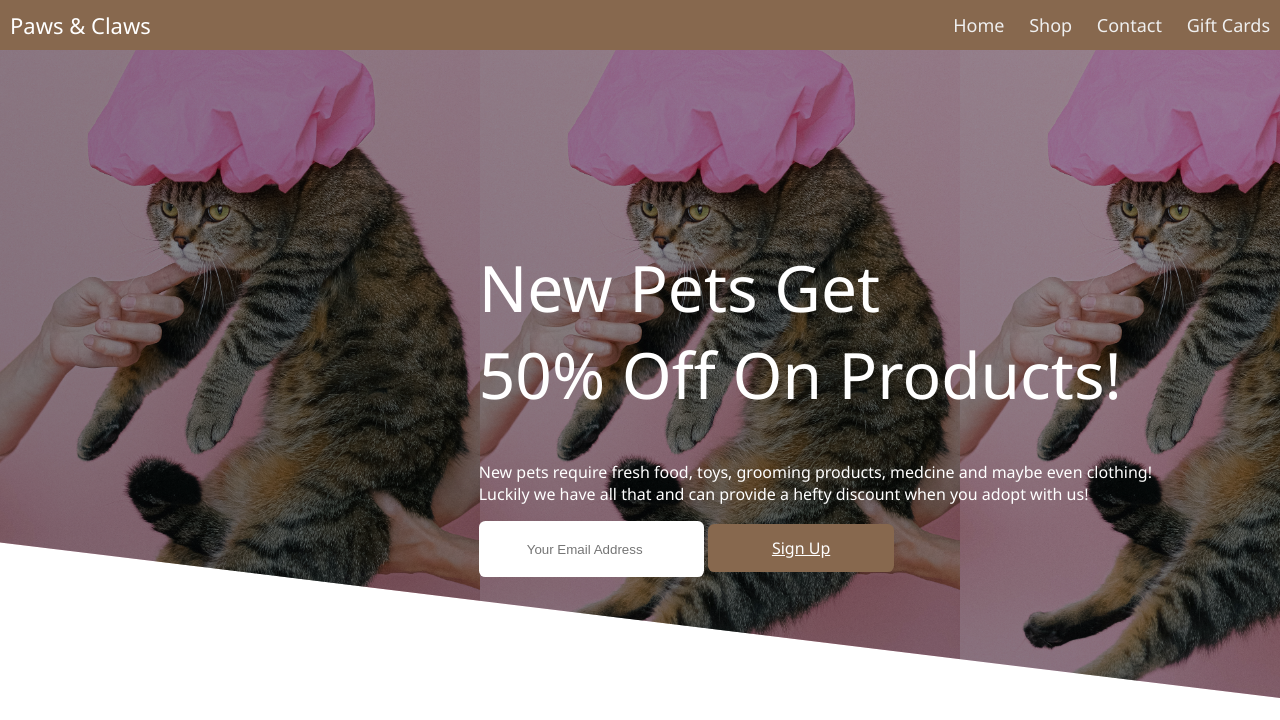
Repository: LtGriff/petProject
Page: dist/about.html
The author's editor kept a copy of each file at every save. The page is drawn from the files as they stood at one save, then again after a run of saves.
The browser window is 1280 px wide. The pictures show the whole page.

Above is the page before, as saved 2022-05-19 07:43:45.

### dist/about.html
<!DOCTYPE html>
<html lang="en">
<head>
    <meta charset="UTF-8">
    <meta http-equiv="X-UA-Compatible" content="IE=edge">
    <meta name="viewport" content="width=device-width, initial-scale=1.0">
    <link rel="stylesheet" type="text/css" href="../CSS/about.css">
    <title>About the Animal House</title>
</head>
<body>
<!-------------NAV***************BAR----------------------->

    <div class="nav">
        <input type="checkbox" id="nav-check">
        <div class="nav-header">
          <div class="nav-title">
            Paws & Claws
          </div>
        </div>
        <div class="nav-btn">
          <label for="nav-check">
            <span></span>
            <span></span>
            <span></span>
          </label>
        </div>

        <div class="nav-links">
          <a href="index.html" target="">Home</a>
          <a href="shop.html" target="_blank">Shop</a>
          <a href="contact.html" target="_blank">Contact</a>
          <a href="giftcard.html" target="_blank">Gift Cards</a>
        </div>
      </div>

    <!-------------NAV*******BAR********END----------------------->


 <!------------------HEADER*******SECTION---------------------->


 <div class="dogfield"></div>

 <header id="header-section">
  <div class="header-text container">
      <h1>New Pets Get <br> 50%  Off On Products!</h1>
      <p>
         New pets require fresh food, toys, grooming products, medcine and maybe even clothing!<br> Luckily we have all that and can provide a hefty discount when you adopt with us!
      </p>
      <input id="userInput" type="email" placeholder="Your Email Address" required>
      <a class="cta" href="#">Sign Up</a>
      <p id="error">Please provide a valid email address</p>
  </div>
</header>










</body>
</html>

### dist/CSS/about.css
/** NAV BAR **/

* {
    box-sizing: border-box;
  }

  body {
    margin: 0px;
    font-family: 'segoe ui';
  }

  .nav {
    height: 50px;
    width: 100%;
    background-color: #87684e;

  /**
    opacity: .5;
    filter: alpha(opacity=50);
    position: relative;**/
    /* z-index: ; */


    box-shadow:
    0 2.8px 2.2px rgba(0, 0, 0, 0.034),
    0 6.7px 5.3px rgba(0, 0, 0, 0.048),
    0 12.5px 10px rgba(0, 0, 0, 0.06),
    0 22.3px 17.9px rgba(11, 4, 4, 0.072),
    0 41.8px 33.4px rgba(0, 0, 0, 0.086),
    0 100px 80px rgba(0, 0, 0, 0.12);
  }

  .nav > .nav-header {
    display: inline;
  }

  .nav > .nav-header > .nav-title {
    display: inline-block;
    font-size: 22px;
    color: #fff;
    padding: 10px 10px 10px 10px;
  }

  .nav > .nav-btn {
    display: none;
  }

  .nav > .nav-links {
    display: inline;
    float: right;
    z-index: 9;
    font-size: 18px;
  }

  .nav > .nav-links > a {
    display: inline-block;
    padding: 13px 10px 13px 10px;
    text-decoration: none;
    color: #efefef;
  }

  .nav > .nav-links > a:hover {
    background-color: rgba(0, 0, 0, 0.3);
  }

  .nav > #nav-check {
    display: none;
  }


 /** HEADER SECTION **/

#header-section{
    height: 90vh;
    background-image: linear-gradient(
        to left bottom,
        rgba(0, 0, 0, 0.4),
        rgba(0, 0, 0, 0.5)),
    url("../img/catpink.jpg");
    background-attachment: fixed;
    background-size: contain;
    background-position:
    position: relative;
    object-fit: cover;
    clip-path: polygon(0% 0%,100% 0%,100% 100%,0% 76%);

  }



  .header-text {
    position: absolute;
    top: 28%;
    right: 10%;
    color: #ffffff;
  }

  .header-text h1 {
    font-size: 4rem;
    font-weight: 500;
  }

  .header-text p {
    margin-bottom: 1rem;
  }

  #header-section input {
    width: 225px;
    height: 3.5rem;
    border-radius: 0.4rem;
    border: none;
    padding: 0.5rem 3rem;
  }

  .cta {
    background-color: #87684e;
    padding: 0.8rem 4rem;
    border-radius: 0.4rem;
    color: #fff;
    font-weight: 400;
  }

  .cta:hover {
    transform: translateY(-3px);
    box-shadow: 0 1rem 2rem rgba(0, 0, 0, .2);
  }

  .cta:active {
    transform: translateY(-1px);
    box-shadow: 0 .5rem 1rem rgba(0, 0, 0, .2);
  }

  .cta::after {
    content: "";
    display: inline-block;
    height: 100%;
    width: 100%;
    border-radius: 10rem;
    position: absolute;
    top: 0;
    left: 0;
    z-index: -1;
    transition: all .4s;
  }

  .cta:hover::after {
    transform: scaleX(1.4) scaleY(1.6);
    opacity: 0;
  }

  #error {
    color: red;
    font-weight: 600;
    display: none;
    margin-top: 1rem;
    transition: all 0.5s ease-in;
  }

@media (max-width:600px) {
    .nav > .nav-btn {
      display: inline-block;
      position: absolute;
      right: 0px;
      top: 0px;
    }
    .nav > .nav-btn > label {
      display: inline-block;
      width: 50px;
      height: 50px;
      padding: 13px;
    }
    .nav > .nav-btn > label:hover,.nav  #nav-check:checked ~ .nav-btn > label {
      background-color: rgba(0, 0, 0, 0.3);
    }
    .nav > .nav-btn > label > span {
      display: block;
      width: 25px;
      height: 10px;
      border-top: 2px solid #eee;
    }
    .nav > .nav-links {
      position: absolute;
      display: block;
      width: 100%;
      background: rgb(234,212,189);
      background: linear-gradient(7deg, rgba(234,212,189,1) 0%, rgba(204,175,140,1) 24%, rgba(191,161,124,1) 64%, rgba(135,104,78,1) 98%);
      height: 0px;
      transition: all 0.3s ease-in;
      overflow-y: hidden;
      top: 50px;
      left: 0px;
    }
    .nav > .nav-links > a {
      display: block;
      width: 100%;
    }
    .nav > #nav-check:not(:checked) ~ .nav-links {
      height: 0px;
    }
    .nav > #nav-check:checked ~ .nav-links {
      height: calc(28vh - 50px);
      overflow-y: auto;
    }

  }

After the next 3 saves:
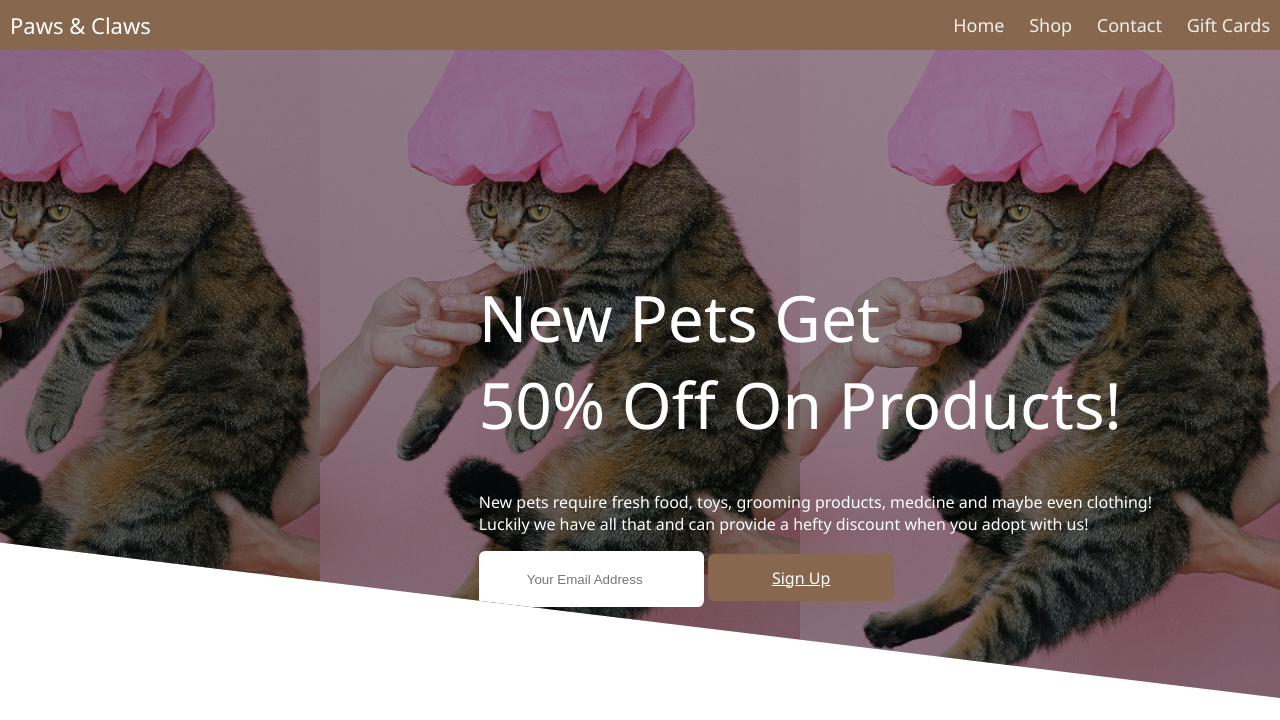
The 3 saves are shown as one change because they came seconds apart.
The last was saved 13 s later.
--- a/dist/CSS/about.css
+++ b/dist/CSS/about.css
@@ -79,7 +79,7 @@
     url("../img/catpink.jpg");
     background-attachment: fixed;
     background-size: contain;
-    background-position:
+    background-position: right;
     position: relative;
     object-fit: cover;
     clip-path: polygon(0% 0%,100% 0%,100% 100%,0% 76%);
